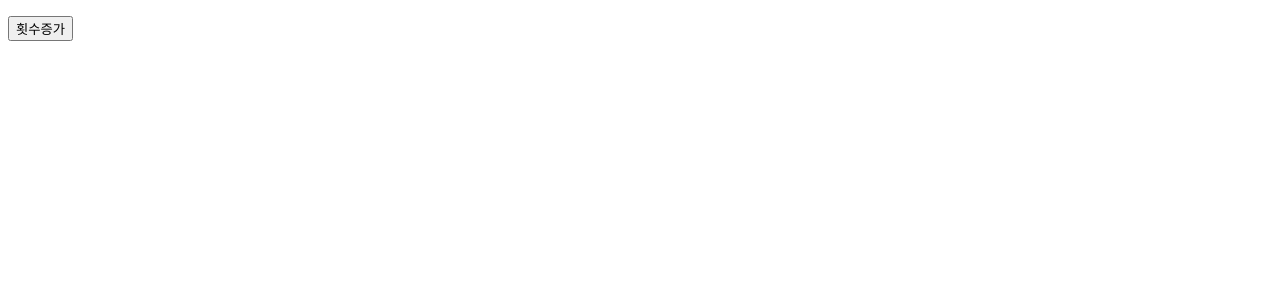
Repository: biyakim/UI-UX
Page: tomcatTest/src/main/webapp/localStorage.html
The author's editor kept a copy of each file at every save. The page is drawn from the files as they stood at one save, then again after the next save.
The browser window is 1280 px wide. The pictures show the whole page.
After loading, the first visible `button` was clicked once.

Above is the page before, as saved 2023-03-14 05:35:04.
Console error: ReferenceError: localStrage is not defined

### tomcatTest/src/main/webapp/localStorage.html
<!DOCTYPE html>
<html>
	<head>
	<meta charset="UTF-8">
	<title>로컬스토리지 테스트</title>
	</head>
	<body>
		<script>
			function clickCounter(){
				if(typeof(Storage))
				if(localStorage.clickcount){
					localStorage.clickcount = Number(localStorage.clickcount)+1;
				}else{
					localStorage.clickcount = 1;
				}
				document.getElementById("result").innerHTML = `버튼을 ${localStrage.clickcount}번 눌렀습니다.`;
			}
		</script>
		<p> <button onclick="clickCounter()" type="button">횟수증가</button></p>
		<div id="result"></div>

	</body>
</html>

After the next save:
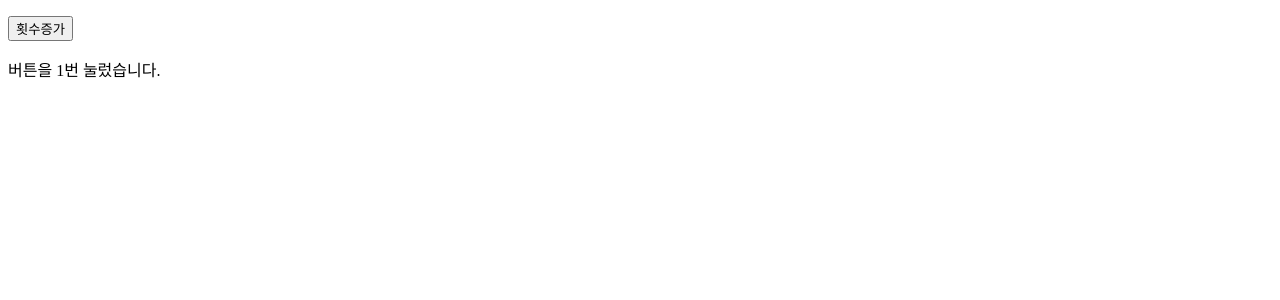
The error is gone.
Saved 116 s later.
--- a/tomcatTest/src/main/webapp/localStorage.html
+++ b/tomcatTest/src/main/webapp/localStorage.html
@@ -7,16 +7,22 @@
 	<body>
 		<script>
 			function clickCounter(){
-				if(typeof(Storage))
-				if(localStorage.clickcount){
-					localStorage.clickcount = Number(localStorage.clickcount)+1;
+				if(typeof(Storage) !== "undefined") {
+					if(localStorage.clickcount){
+						localStorage.clickcount = Number(localStorage.clickcount)+1;
+					}else{
+						localStorage.clickcount = 1;
+					}
+					document.getElementById("result").innerHTML = `버튼을 ${localStorage.clickcount}번 눌렀습니다.`;
 				}else{
-					localStorage.clickcount = 1;
+					document.getElementById("result").innerHTML = "버튼을 눌러 횟수를 증가시켜봅시다."
 				}
-				document.getElementById("result").innerHTML = `버튼을 ${localStrage.clickcount}번 눌렀습니다.`;
+
 			}
 		</script>
-		<p> <button onclick="clickCounter()" type="button">횟수증가</button></p>
+		<p>
+			<button onclick="clickCounter()" type="button">횟수증가</button>
+		</p>
 		<div id="result"></div>
 
 	</body>
